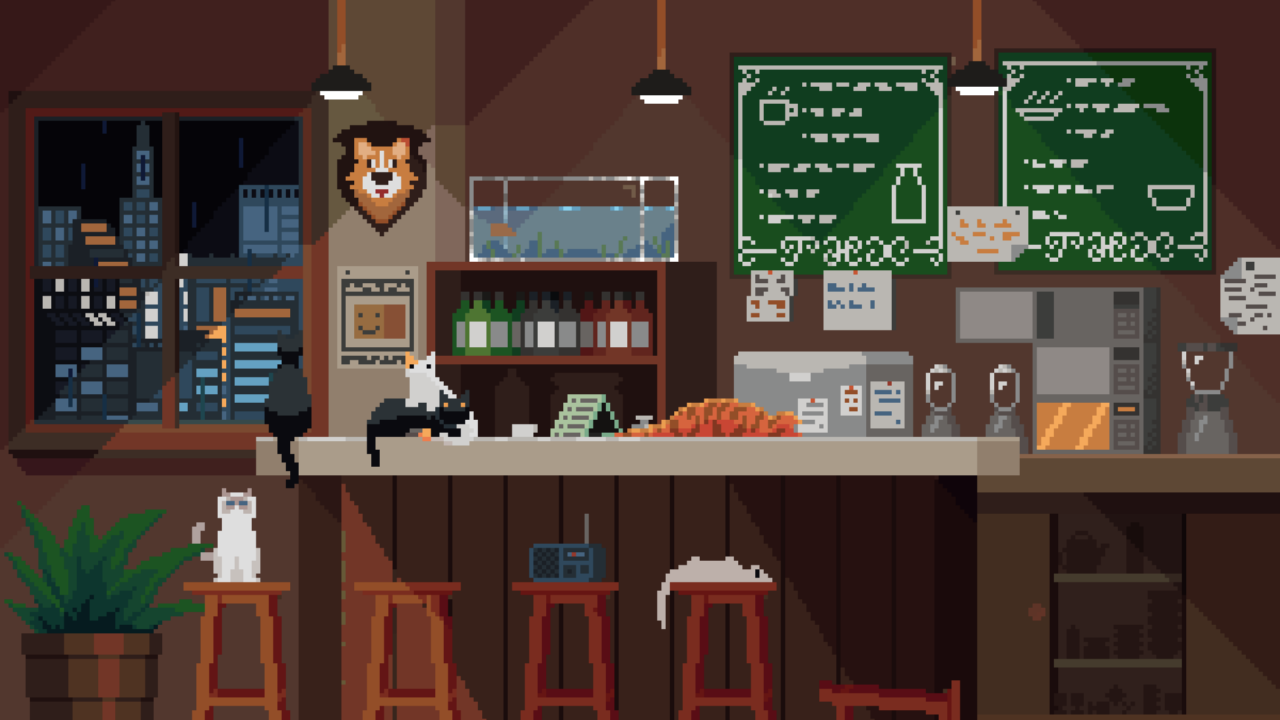
Repository: kayacancode/stixnbrix2dpixel
Page: / (app in my-app/)
An editor plug-in stored every save of this project. The page is shown before and after the next save, followed by the edit.
The browser window is 1280 px wide. The pictures show the whole page.
The project was rebuilt for these pictures with package versions that can differ from the ones it lists, and the page was loaded fresh each time. The framework's server and built-in components were replaced by stand-ins that run in the browser. Also part of the build but not shown: my-app/next.config.js, my-app/styles/globals.css.

Above is the page before, as saved 2023-03-25 17:42:20.

### my-app/pages/index.tsx
import Head from 'next/head'
import Image from 'next/image'

import FirstHalf from "../components/firsthalf";

import SecondHalf from "../components/secondhalf";

export default function Home() {
  return (
    <>

  <div className="">
    hello
      <div className="w-1/2 h-full relative">
        <Image src="/bg.png" alt="Your Image" layout="fill" objectFit="cover" />
      </div>
      <div className="w-1/2 h-full bg-black text-white flex items-center justify-center">
        <div className="text-center">
          <h1 className="text-4xl font-bold">Title</h1>
          <p className="text-xl mt-4">Lorem ipsum dolor sit amet, consectetur adipiscing elit. Nullam et mauris nec nisl tincidunt pharetra. Proin dignissim ex sit amet urna dignissim suscipit.</p>
        </div>
      </div>
    </div>
    </>
  )
}

Loaded but not shown: my-app/pages/_app.tsx (common file); my-app/pages/_document.tsx (common file)

After the next save:
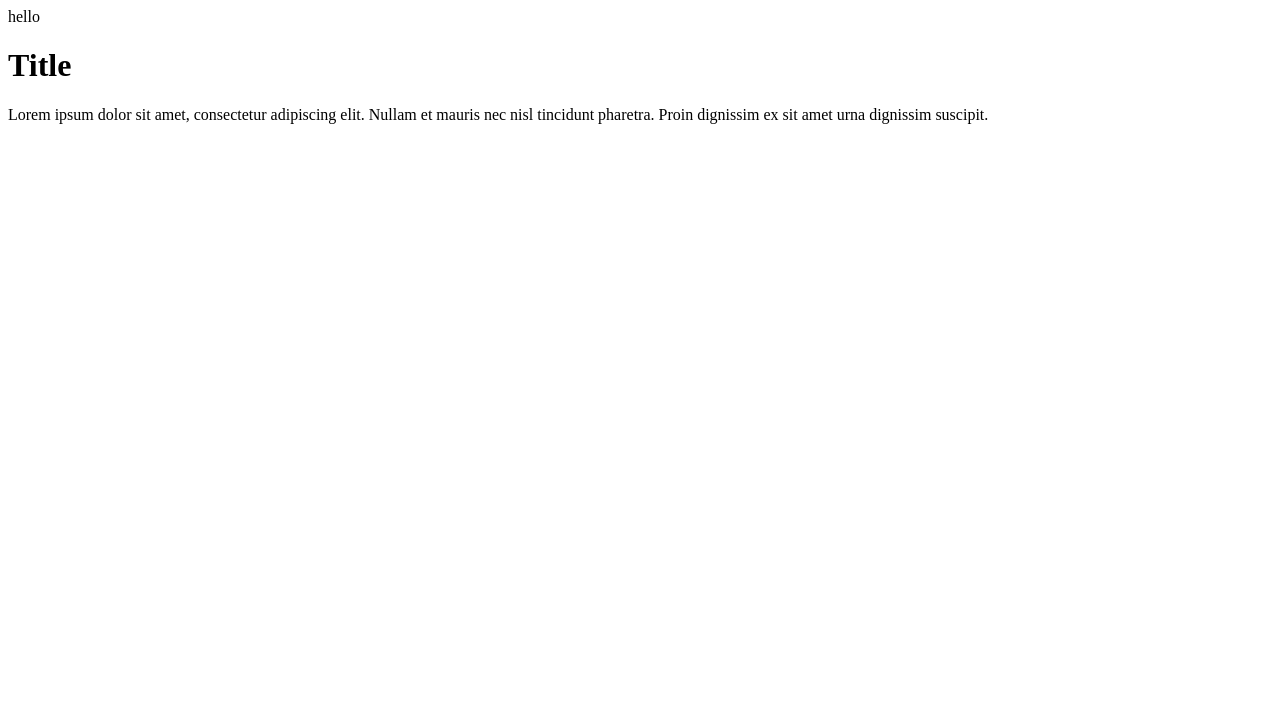
Saved 47 s later.
--- a/my-app/pages/index.tsx
+++ b/my-app/pages/index.tsx
@@ -12,7 +12,7 @@
   <div className="">
     hello
       <div className="w-1/2 h-full relative">
-        <Image src="/bg.png" alt="Your Image" layout="fill" objectFit="cover" />
+        {/* <Image src="/bg.png" alt="Your Image" layout="fill" objectFit="cover" /> */}
       </div>
       <div className="w-1/2 h-full bg-black text-white flex items-center justify-center">
         <div className="text-center">

After the 3 saves that followed:
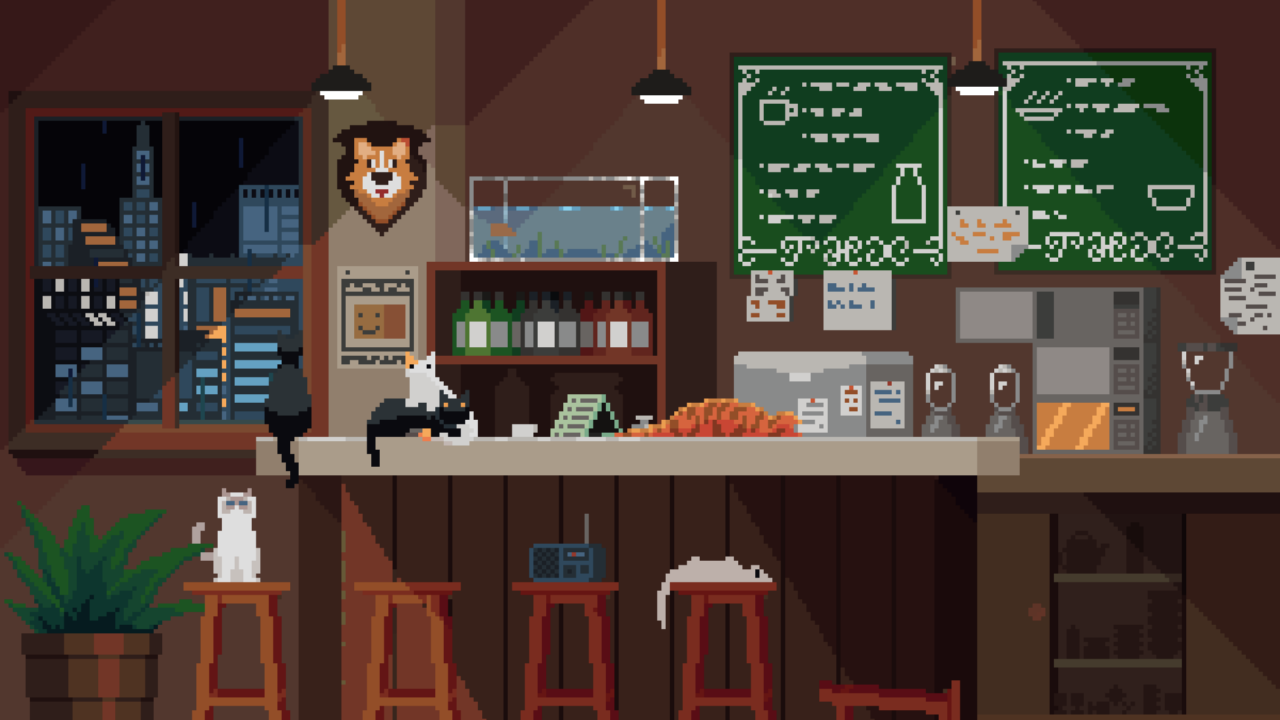
The 3 saves are shown as one change because 1 left the picture as it was and some came seconds apart.
The last was saved 47 s later.
--- a/my-app/pages/index.tsx
+++ b/my-app/pages/index.tsx
@@ -11,9 +11,9 @@
 
   <div className="">
     hello
-      <div className="w-1/2 h-full relative">
-        {/* <Image src="/bg.png" alt="Your Image" layout="fill" objectFit="cover" /> */}
-      </div>
+
+        <Image src="/bg.png" alt="Your Image" layout="fill" objectFit="cover" />
+
       <div className="w-1/2 h-full bg-black text-white flex items-center justify-center">
         <div className="text-center">
           <h1 className="text-4xl font-bold">Title</h1>
